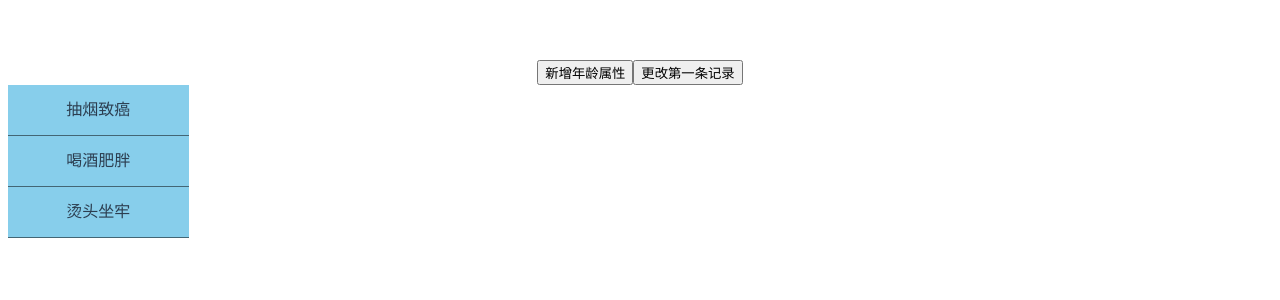
Repository: sunboxsoft/vue-key_Vue.set_parser-babylon
Page: /#/ComprehensicePractise
An editor plug-in stored every save of this project. The page is shown before and after the next save, followed by the edit.
The browser window is 1280 px wide. The pictures show the whole page.
The project was rebuilt for these pictures with package versions that can differ from the ones it lists, and the page was loaded fresh each time.

Above is the page before, as saved 2022-05-14 07:34:53.

### index.html
<!DOCTYPE html>
<html>
  <head>
    <meta charset="utf-8">
    <meta name="viewport" content="width=device-width,initial-scale=1.0">
    <title>vue-key</title>
  </head>
  <body>
    <div id="app"></div>
    <!-- built files will be auto injected -->
  </body>
</html>

### src/router/index.js
import Vue from 'vue'
import Router from 'vue-router'
import HelloWorld from '@/components/HelloWorld'
import CaculateRate from '@/components/CaculateRate'
import ComprehensicePractise from '@/components/ComprehensicePractise'
Vue.use(Router)

export default new Router({
    routes: [{
        path: '/',
        name: 'HelloWorld',
        component: HelloWorld
    }, {
        path: '/CaculateRate',
        name: 'CaculateRate',
        component: CaculateRate
    }, {
        path: '/ComprehensicePractise',
        name: 'ComprehensicePractise',
        component: ComprehensicePractise
    }]
})

### src/components/CaculateRate.vue
<template>
  <section class="CaculateRate">
    <ul>
      <li>File</li>
      <li>code</li>
      <li>comment</li>
      <li>blank</li>
      <li>total</li>
      <li>comment Rate</li>
      <li>comment Absent</li>
      <template v-for="item in dataSource">
        <li v-for="(itemChild, index) in Object.keys(item)" :key="index">
          <input
            v-if="['comment', 'total'].indexOf(itemChild) >= 0"
            type="text"
            v-model="item[itemChild]"
          />
          <template v-else> {{ item[itemChild] }}</template>
        </li>
        <li>
          {{ toPercent(item.comment / item.total) }}
        </li>
        <li :class="[{'red':item.comment / item.total<0.15}]">
          {{ Math.ceil((0.15 - item.comment / item.total) * item.total)>0?Math.ceil((0.15 - item.comment / item.total) * item.total) :0}}
        </li>
      </template>
    </ul>
  </section>
</template>

<script>
export default {
  name: "CaculateRate",
  data() {
    return {
      dataSource: [
        {
          File: "VFormDesignerModal.vue",
          code: 181,
          comment: 25,
          blank: 0,
          total: 206
        }
      ]
    };
  },
  components: {},
  watch: {},
  mounted() {},
  methods: {
    toPercent(point) {
      var percent = Number(point * 100).toFixed(2);
      percent += "%";
      return percent;
    }
  }
};
</script>

<style>
ul {
  list-style: none;
  padding: 0;
  margin: 0;
  display: flex;
  flex-wrap: wrap;
}
li:nth-child(-n + 7) {
  background-color: skyblue;
}
li {
  width: calc(100% / 7);
  line-height: 50px;
  border-bottom: 1px solid rgb(0, 0, 0, 0.5);
}
.red {
  color: red;
}
</style>

### src/components/ComprehensicePractise.vue
<template>
  <section class="ComprehensicePractise">
 <button @click="changeOneRecord">新增年龄属性</button>
   <div v-if="student.age">
    年龄{{student.age}}
    </div>
        <button @click="changeOneRecord">更改第一条记录</button>
    <ul>
      <li v-for="item in student.hobby" :key="item">
        {{ item }}
      </li>
    </ul>
  </section>
</template>

<script>
export default {
 name: 'ComprehensicePractise',
  data() {
    return {
        student:{
            hobby:['抽烟致癌','喝酒肥胖','烫头坐牢']
        }
    }
  },
  components: {},
  watch: {},
  mounted() {},
  methods: {
      changeOneRecord(){
        //this.hobby[0]='学习'  //不生效
        // 方法一
        //this.hobby.splice(0,1,'学习')
        // 方法二
        this.$set(this.student.hobby,0,'学习')
      }
  }
}
</script>

<style>
ul {
  list-style: none;
  padding: 0;
  margin: 0;
  display: flex;
  flex-direction: column;
}
li {
  flex: 1;
  line-height: 50px;
}
</style>

### src/components/HelloWorld.vue
<template>
  <div class="hello">
    <h1>{{ msg }}</h1>
    <h2>Essential Links</h2>
    <input type="text" v-model="keywords" />
    <button @click.once="AddRecord">新增一条数据</button>
    <button @click="sortType = 1">升序</button>
    <button @click="sortType = 2">降序</button>
    <button @click="sortType = 0">原序</button>
    <button @click="updateOneRecord">修改一条数据</button>
    <ul>
      <li v-for="(item, index) in dataSource1" :key="item.id">
        {{ index }}-{{ item.name }}-{{ item.age }}
        <input type="text" name="" id="" />
      </li>
    </ul>
  </div>
</template>

<script>
export default {
  name: "HelloWorld",
  data() {
    return {
      msg: "Welcome to Your Vue.js App",
      keywords: "",
      sortType: 0,
      dataSource: [
        { id: "001", name: "jiaguoqiang", age: 40 },
        { id: "002", name: "wanglin", age: 35 },
        { id: "003", name: "jiajindian", age: 10 }
      ]
      // dataSource1:[]  这里和watch搭配
    };
  },
  methods: {
    AddRecord() {
      this.dataSource.unshift({ id: "004", name: "jiajinming", age: 3 });
    },
    updateOneRecord(){
      this.dataSource[0]={ id: "001", name: "jiaguoqiang1111", age: 400 }
    }
  },
  watch: {
    //#region  搜索开始
    // keywords(val){
    //   console.log(val)
    //   this.dataSource1= this.dataSource.filter(item=>item.name.indexOf(val)!=-1)
    // }
    // 打开页面时立即查询
    // keywords:{
    //   immediate:true,
    //   handler(val){
    //     console.log(val)
    //     this.dataSource1= this.dataSource.filter(item=>item.name.indexOf(val)!=-1)
    //   }
    // }
    //#endregion
  },
  computed: {
    dataSource1() {
      //return this.dataSource.filter(item=>item.name.indexOf(this.keywords)!=-1)
      let arr = this.dataSource.filter(
        item => item.name.indexOf(this.keywords) != -1
      );
      if (this.sortType) {
        arr.sort((a, b) => {
         return this.sortType == 1 ? a.age - b.age : b.age - a.age;
        });
      }
      return arr;
    }
  }
};
</script>

<!-- Add "scoped" attribute to limit CSS to this component only -->
<style scoped>
h1,
h2 {
  font-weight: normal;
}
ul {
  list-style-type: none;
  padding: 0;
  display: flex;
  flex-direction: column;
}
li {
  display: inline-block;
  margin: 0 10px;
}
a {
  color: #42b983;
}
</style>

Loaded but not shown: src/main.js (common file); src/App.vue (common file)

After the next save:
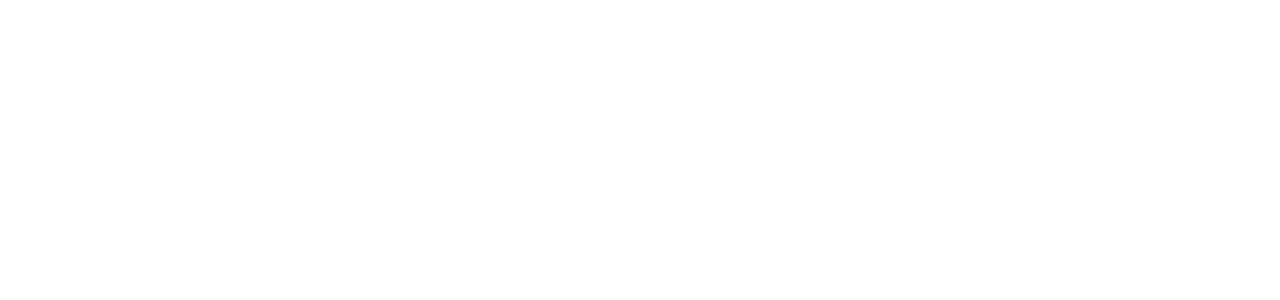
Console error: ReferenceError: addAge is not defined
Saved 12 s later.
--- a/src/components/ComprehensicePractise.vue
+++ b/src/components/ComprehensicePractise.vue
@@ -1,6 +1,6 @@
 <template>
   <section class="ComprehensicePractise">
- <button @click="changeOneRecord">新增年龄属性</button>
+ <button @click="addAge">新增年龄属性</button>
    <div v-if="student.age">
     年龄{{student.age}}
     </div>
@@ -33,7 +33,8 @@
         //this.hobby.splice(0,1,'学习')
         // 方法二
         this.$set(this.student.hobby,0,'学习')
-      }
+      },
+      addAge
   }
 }
 </script>

After the save that followed:
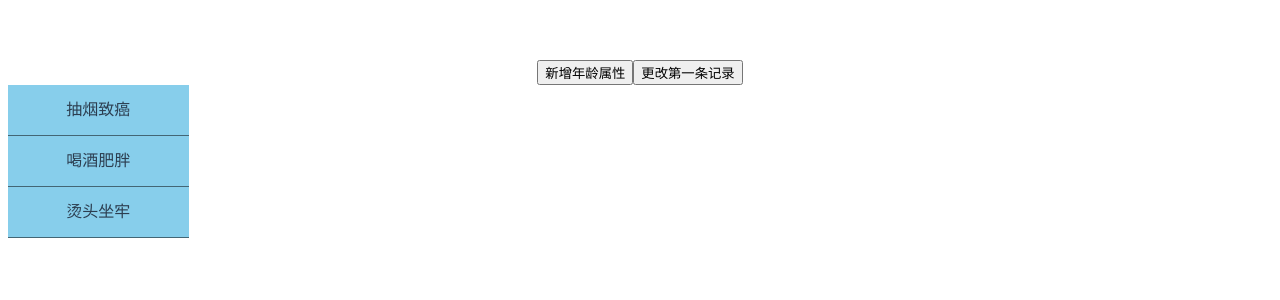
The error is gone.
Saved 20 s later.
--- a/src/components/ComprehensicePractise.vue
+++ b/src/components/ComprehensicePractise.vue
@@ -34,7 +34,9 @@
         // 方法二
         this.$set(this.student.hobby,0,'学习')
       },
-      addAge
+      addAge(){
+          this.$set(this.student,"age",88)
+      }
   }
 }
 </script>
